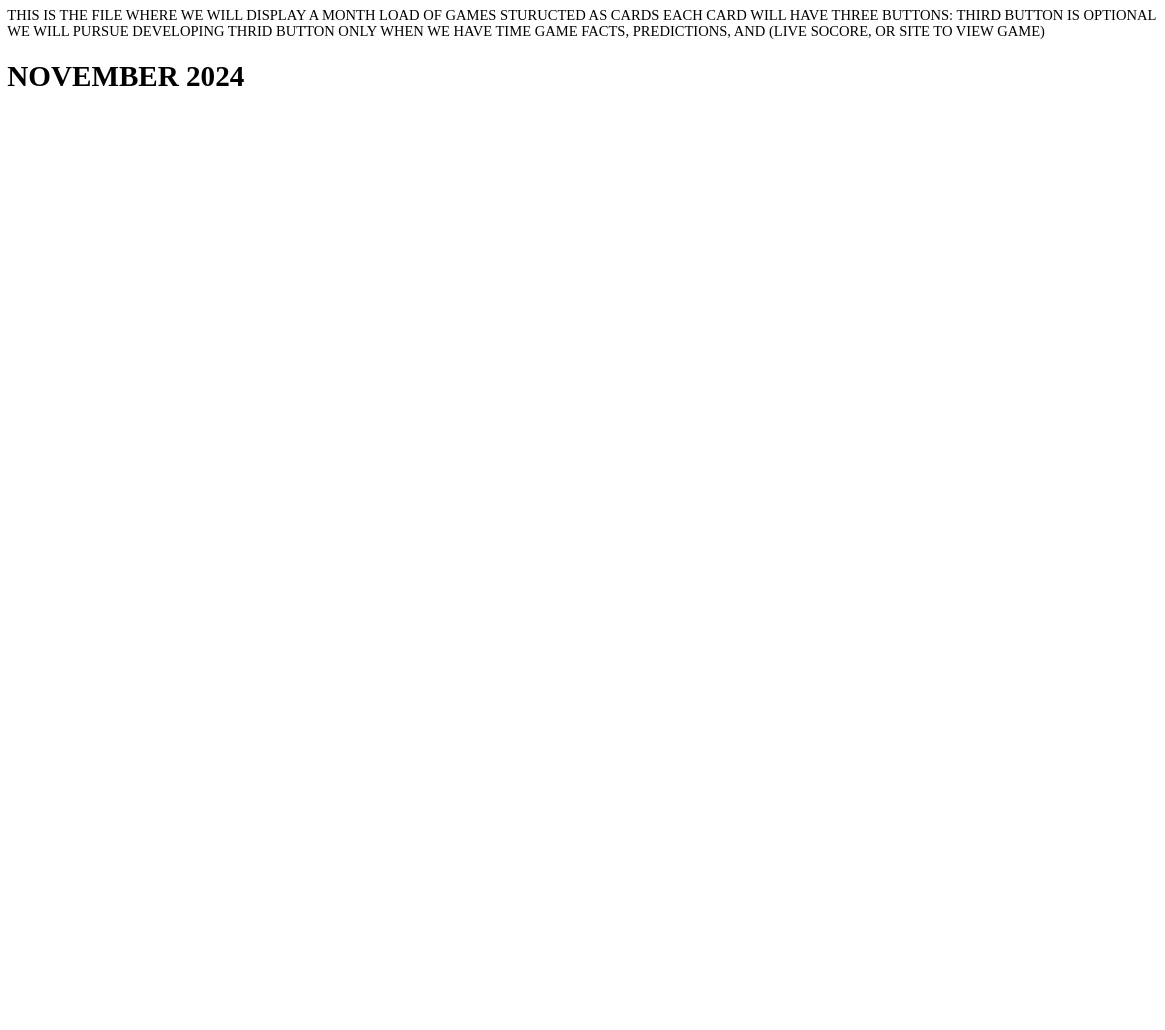
Repository: bredernd/Sports-Analytics
Page: http://localhost/CPS298_Nba/calendar
The author's editor kept a copy of each file at every save. The page is drawn from the files as they stood at one save, then again after the next save.
The browser window is 1280 px wide. The pictures show the whole page, at 91% of full size.
The page is served by Tomcat 9.

Above is the page before, as saved 2024-11-06 18:42:49.

After the next save:
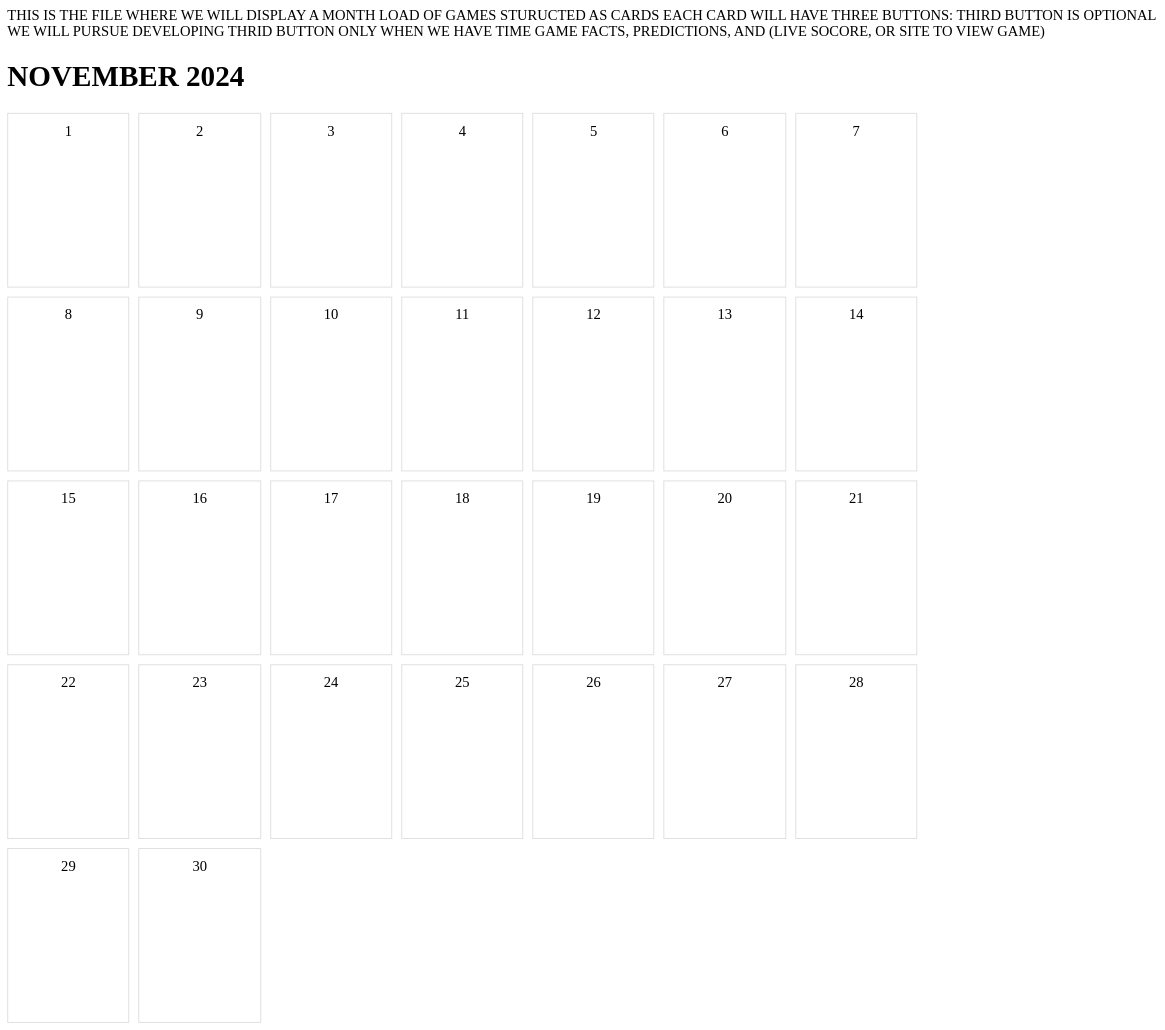
Saved 56 s later.
--- a/NBAProj/CPS298_Nba/src/main/webapp/WEB-INF/Views/calendar.jsp
+++ b/NBAProj/CPS298_Nba/src/main/webapp/WEB-INF/Views/calendar.jsp
@@ -23,7 +23,7 @@ GAME FACTS, PREDICTIONS, AND (LIVE SOCORE, OR SITE TO VIEW GAME)
     <h1>${month} ${year}</h1>
 
     <div class="calendar">
-        <c:out value="${calendarHtml}" escapeXml="false" />
+        ${calendarHtml}
     </div>
 
 
